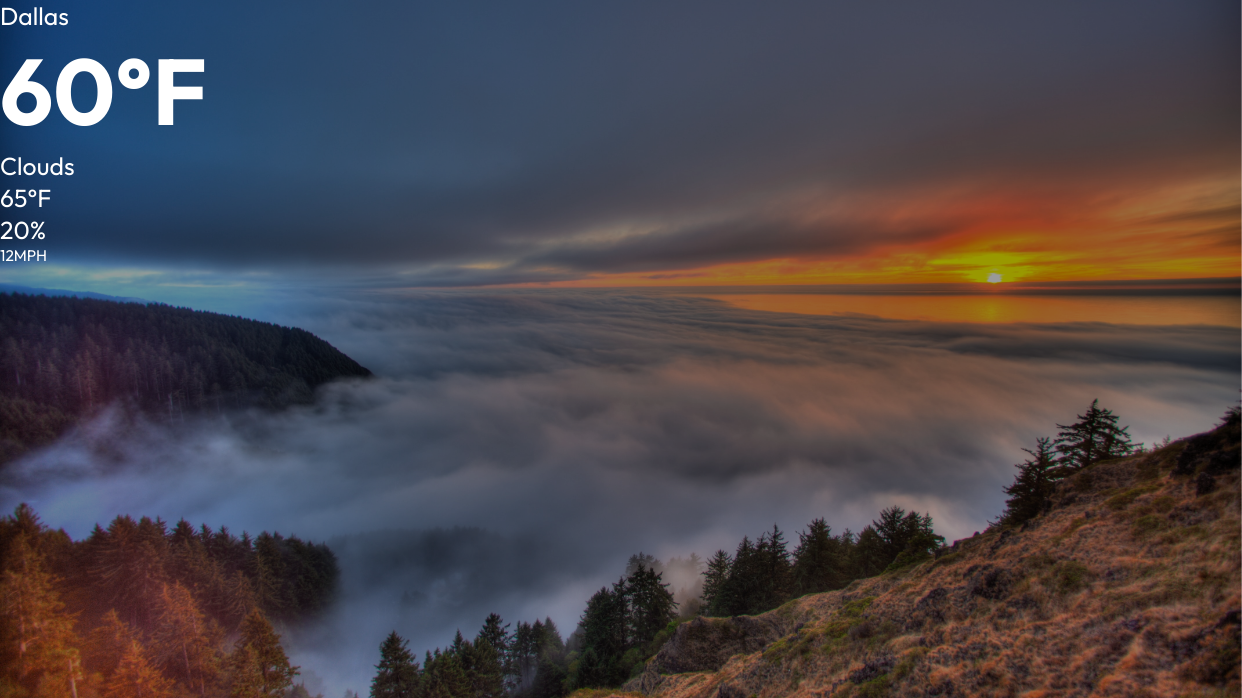
Repository: stavan30/weather-react
Page: /
The author's editor kept a copy of each file at every save. The page is drawn from the files as they stood at one save, then again after the next save.
The browser window is 1280 px wide. The pictures show the whole page, at 97% of full size.
The project was rebuilt for these pictures with package versions that can differ from the ones it lists, and the page was loaded fresh each time.

Above is the page before, as saved 2024-02-06 00:22:46.

After the next save:
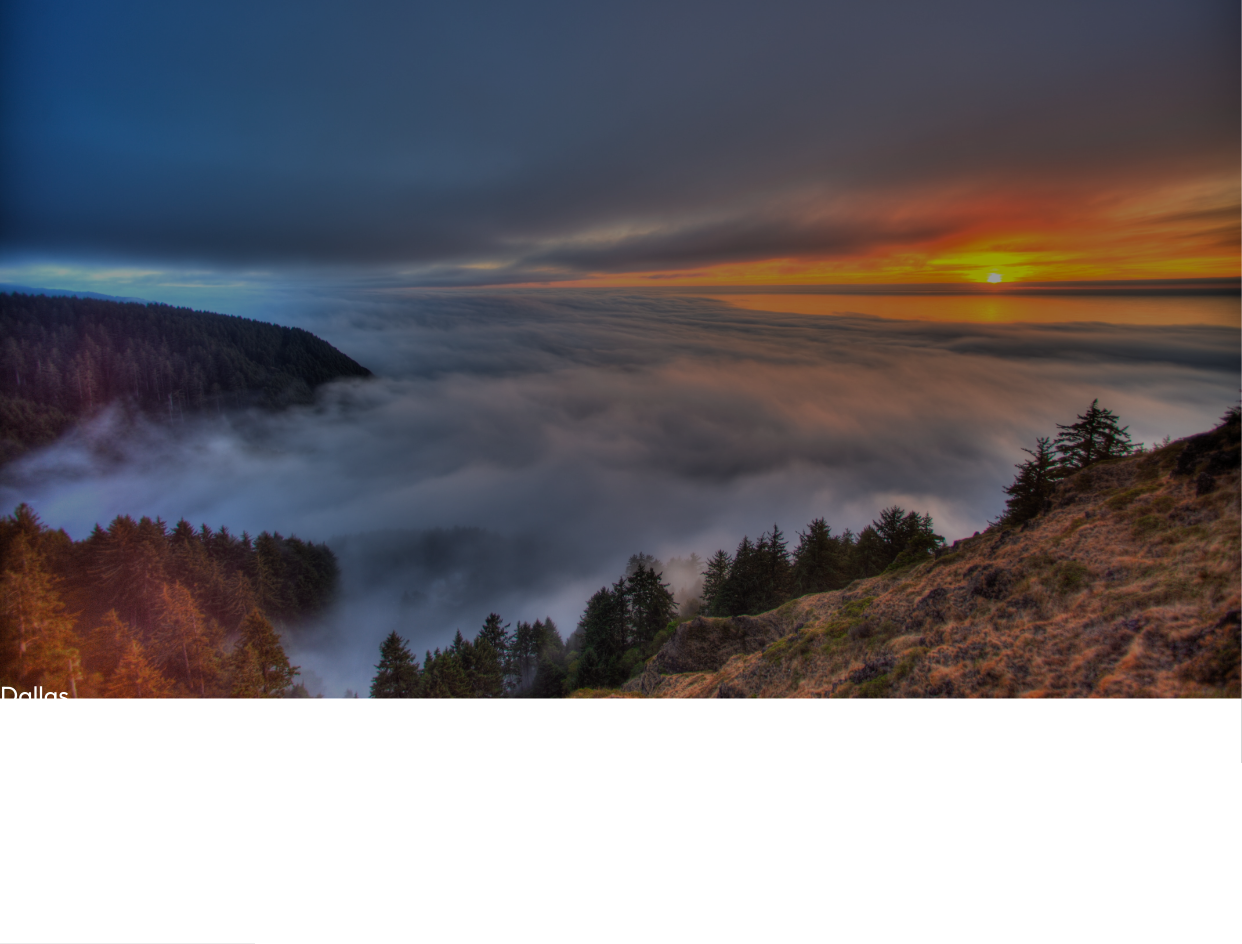
Saved 104 s later.
--- a/src/index.css
+++ b/src/index.css
@@ -40,3 +40,15 @@ h1 {
   left: 0;
   z-index: -1;
 }
+
+.container {
+  max-width: 700px;
+  height: 700px;
+  margin: auto;
+  padding: 0 1rem;
+  position: relative;
+  top: 10%;
+  display: flex;
+  flex-direction: column;
+  justify-content: space-between;
+}
